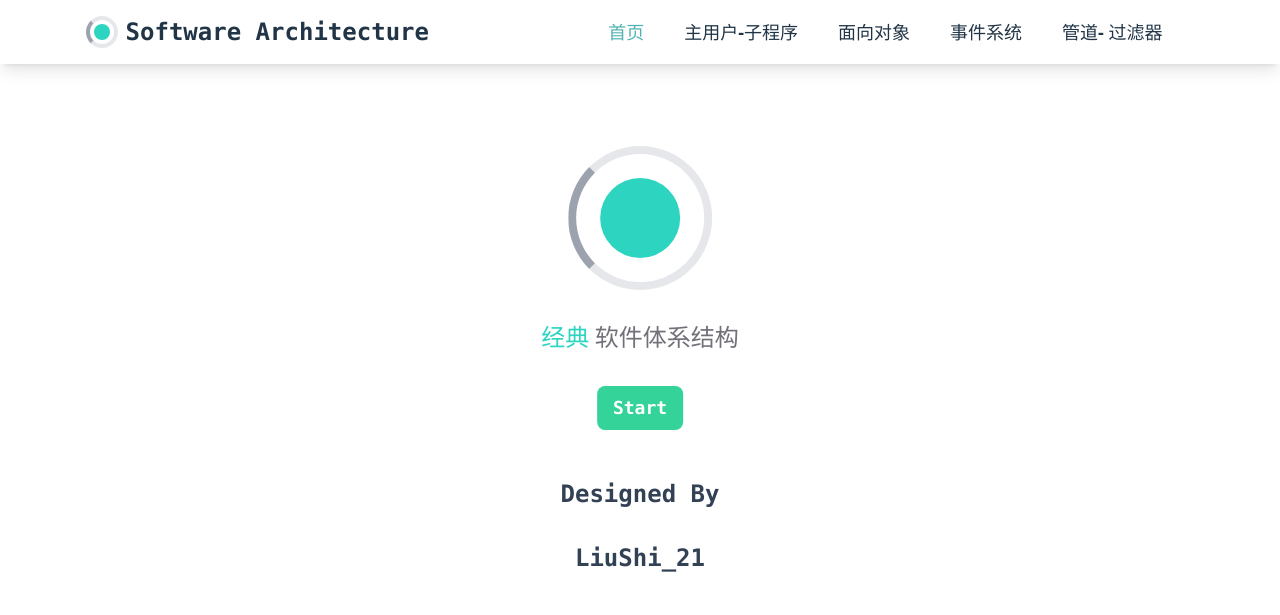
Repository: MarchRory/software_architecture_lab2
Page: / (app in lab2/)
An editor plug-in stored every save of this project. The page is shown before and after the next save, followed by the edit.
The browser window is 1280 px wide. The pictures show the whole page.
The project was rebuilt for these pictures with package versions that can differ from the ones it lists, and the page was loaded fresh each time. Also part of the build but not shown: lab2/vite.config.ts. Imported but missing from the stored project, and not drawn on this page: lab2/src/views/OOP/index.vue, lab2/src/views/PipFilter/index.vue, lab2/src/views/eventsSys/index.vue, lab2/src/views/mainChild/index.vue.

Above is the page before, as saved 2023-11-17 21:40:11.

### lab2/index.html
<!Doctype html>
<html lang="en">
  <head>
    <meta charset="UTF-8" />
    <link rel="icon" type="image/svg+xml" href="/vite.svg" />
    <meta name="viewport" content="width=device-width, initial-scale=1.0" />
    <title>经典软件体系结构</title>
  </head>
  <body>
    <div id="app"></div>
    <script type="module" src="/src/main.ts"></script>
  </body>
</html>

### lab2/src/main.ts
import { createApp } from 'vue'
import './style.css'
import './style/index.css'
import hljs from 'highlight.js/lib/core'
import 'highlight.js/styles/androidstudio.css'
import java from 'highlight.js/lib/languages/java'
import router from '@/router/index'
import pinia from '@/store/index'
import App from './App.vue'
import "tailwindcss/tailwind.css"
const vueApp = createApp(App)
hljs.registerLanguage('java', java)
// 高亮指令
vueApp.directive('highlight', (el) => {
    const blocks = el.querySelectorAll('pre code')
    blocks.forEach((block: any) => {
        hljs.highlightElement(block)
    })
})
vueApp.use(router).use(pinia).mount('#app')

### lab2/src/style.css
:root {
  font-family: Inter, system-ui, Avenir, Helvetica, Arial, sans-serif;
  line-height: 1.5;
  font-weight: 400;

  color-scheme: light dark;
  color: rgba(255, 255, 255, 0.87);
  background-color: #242424;

  font-synthesis: none;
  text-rendering: optimizeLegibility;
  -webkit-font-smoothing: antialiased;
  -moz-osx-font-smoothing: grayscale;
  -webkit-text-size-adjust: 100%;
}

a {
  font-weight: 500;
  color: #646cff;
  text-decoration: inherit;
}
a:hover {
  color: #535bf2;
}

body {
  margin: 0;
  display: flex;
  place-items: center;
  min-width: 320px;
  min-height: 100vh;
}

@media (prefers-color-scheme: light) {
  :root {
    color: #213547;
    background-color: #ffffff;
  }
  a:hover {
    color: #747bff;
  }
  button {
    background-color: #f9f9f9;
  }
}

### lab2/src/router/index.ts
import { createRouter, createWebHashHistory, RouteRecordRaw } from "vue-router";
export const routes: Array<RouteRecordRaw> = [
    {
        path: '/',
        name: 'hello',
        meta: {
            tabName: '主页'
        },
        component: () => import('@/layout/index.vue'),
        redirect: '/home',
        children: [
            {
                path: '/home',
                name: 'home',
                component: () => import('@/views/hello/index.vue'),
                meta: {
                    title: '首页'
                }
            }, {
                path: '/mainChild',
                name: 'mainChild',
                component: () => import('@/views/mainChild/index.vue'),
                meta: {
                    title: '主用户-子程序'
                }
            }, {
                path: '/OOP',
                name: "OOP",
                component: () => import('@/views/OOP/index.vue'),
                meta: {
                    title: '面向对象'
                }
            }, {
                path: '/eventSys',
                name: "eventSys",
                component: () => import("@/views/eventsSys/index.vue"),
                meta: {
                    title: '事件系统'
                }
            }, {
                path: '/pipFilter',
                name: "pipFilter",
                component: () => import('@/views/PipFilter/index.vue'),
                meta: {
                    title: "管道- 过滤器"
                }
            }
        ]
    },
]

const router = createRouter({
    history: createWebHashHistory(),
    routes
})

export default router

### lab2/src/store/index.ts
import { createPinia } from 'pinia';

const stores = createPinia();

export default stores;

### lab2/src/App.vue
<script setup lang="ts">
	import { defineAsyncComponent } from 'vue';
	import { useRouter } from 'vue-router';
	const router = useRouter();
</script>

<template>
	<div id="app">
		<router-view></router-view>
	</div>
</template>

<style>
	#app {
		width: 100vw;
		height: 100vh;
	}

	::-webkit-scrollbar {
		width: 8px;
	}

	::-webkit-scrollbar-thumb {
		background-color: rgb(69, 199, 202);
		border-radius: 15px;
	}

	::-moz-scrollbar {
		width: 8px;
	}

	::-moz-scrollbar-thumb {
		background-color: rgb(69, 199, 202);
	}
</style>

### lab2/src/layout/index.vue
<script setup lang="ts">
	import { defineAsyncComponent } from 'vue';
	const Navbar = defineAsyncComponent(() => import('./navbar.vue'));
	const APPMain = defineAsyncComponent(() => import('./Main.vue'));
</script>

<template>
	<div class="flex flex-col items-center w-full h-full">
		<Navbar />
		<APPMain class="flex-1" />
	</div>
</template>

### lab2/src/views/hello/index.vue
<script setup lang="ts">
	import { useRouter } from 'vue-router';
	const router = useRouter();
	function enter() {
		router.push({
			path: '/mainChild',
		});
	}
</script>

<template>
	<div
		style="position: absolute; left: 50%; top: 50%; transform: translate(-50%, -50%)"
		class="flex flex-col items-center justify-around h-fit"
	>
		<div
			class="flex items-center justify-center mb-8 border-8 rounded-full w-36 h-36 border-l-gray-400"
		>
			<div class="w-20 h-20 bg-teal-400 rounded-full"></div>
		</div>
		<div class="mb-8 space-x-2 text-2xl font-bold text-zinc-500">
			<span class="text-teal-400">经典</span>
			软件体系结构
		</div>
		<div
			@click="enter"
			class="flex items-center justify-center px-4 py-2 font-mono text-lg font-bold text-white rounded-lg hover:cursor-pointer bg-emerald-400"
		>
			Start
		</div>

		<div
			class="flex flex-col justify-center mt-12 font-mono text-2xl font-bold w-fit text-slate-700"
		>
			<div>Designed By</div>
			<br />
			<div style="margin: 0 auto">LiuShi_21</div>
		</div>
	</div>
</template>

<style scoped></style>

### lab2/src/layout/navbar.vue
<script setup lang="ts">
	import { useRouter, useRoute, RouteRecordRaw } from 'vue-router';
	import { routes } from '@/router';
	import { ref } from 'vue';
	const router = useRouter();
	const route = useRoute();
	const Navlist = ref();
	function initNav() {
		Navlist.value = routes[0].children?.map((route: RouteRecordRaw) => {
			return {
				path: route.path,
				title: route?.meta.title,
			};
		});
	}
	initNav();
	function switchTab(path: string) {
		router.push({
			path: path,
		});
	}
</script>

<template>
	<div class="flex items-center justify-around w-full h-16 shadow-lg">
		<ul class="flex items-center justify-start list-none">
			<li class="flex items-center justify-center w-8 h-8 border-4 rounded-full border-l-gray-400">
				<div class="w-4 h-4 bg-teal-400 rounded-full"></div>
			</li>
			<li class="font-mono text-2xl navFont">Software Architecture</li>
		</ul>
		<ul class="flex min-w-fit">
			<li
				@click="switchTab(navItem.path)"
				class="mr-8 font-sans text-lg transition-all navFont hover:cursor-pointer"
				:class="[route.path == navItem.path ? 'active' : '']"
				v-for="(navItem, index) in Navlist"
				:key="index"
			>
				{{ navItem.title }}
			</li>
		</ul>
	</div>
</template>

<style scoped>
	.navFont {
		@apply ml-2 font-bold;
	}
	.active {
		color: rgb(80, 178, 178);
	}
	/* 	.active::before {
		display: block;
		content: '';
		position: absolute;
		width: 12px;
		height: 12px;
		border-radius: 50%;
		background-color: rgb(80, 178, 178);
		transform: translate(100%, 50%);
	} */
</style>

### lab2/src/layout/Main.vue
<script setup lang="ts">
	import { nextTick, ref, watch } from 'vue';
	import { useScrollStore } from '@/store/modules/scroll/index';
	import { useScroll } from '@/hooks/useScroll';
	import router from '@/router';
	const scrollStore = useScrollStore();
	scrollStore.init();
	const main = ref<HTMLDivElement>();
	const { pageScroll } = useScroll();
	router.beforeEach((to, from, next) => {
		pageScroll.value = 0;
		if (main.value) {
			scrollStore.update(from.fullPath, main.value.scrollTop);
			next();
		}
	});
	router.afterEach((to, from) => {
		nextTick(() => {
			if (main.value) {
				main.value.scrollTop = scrollStore.useScroll(to.fullPath) as number;
			}
		});
	});
	watch(
		() => pageScroll.value,
		(newV) => {
			let scrollTopTo = newV;
			if (main.value)
				main.value.scrollTo({ top: scrollTopTo > 0 ? scrollTopTo : 0, behavior: 'smooth' });
		},
	);
</script>

<template>
	<div class="w-full h-auto px-56 pt-4 overflow-auto" ref="main">
		<router-view v-slot="{ Component }">
			<keep-alive>
				<component :is="Component" />
			</keep-alive>
		</router-view>
	</div>
</template>

### lab2/src/store/modules/scroll/index.ts
import { defineStore } from "pinia";
import { routes } from "@/router";
import { RouteRecordRaw } from "vue-router";
interface ScrollType {
    scrollMap: Map<string, number>
}
export const useScrollStore = defineStore('useScrollStore', {
    state: (): ScrollType => {
        return {
            scrollMap: new Map()
        }
    },
    actions: {
        init(): void {
            const paths = routes[0].children?.map((route: RouteRecordRaw) => {
                return {
                    path: route.path,
                };
            });
            paths?.forEach((item, index) => {
                this.scrollMap.set(item.path, 0)
            })
        },
        update(routePath: string, scrollTop: number): void {
            this.scrollMap.set(routePath, scrollTop)
        },
        useScroll(routePath: string): number | undefined {
            return this.scrollMap.get(routePath)
        }
    }
})

### lab2/src/hooks/useScroll.ts

import { ComponentInternalInstance, getCurrentInstance, ref } from 'vue'
const pageScroll = ref(0)
export const useScroll = () => {
    return {
        pageScroll
    }
}

Loaded but not shown: lab2/src/style/index.css (common file); lab2/tailwind.config.js (common file)

After the next save:
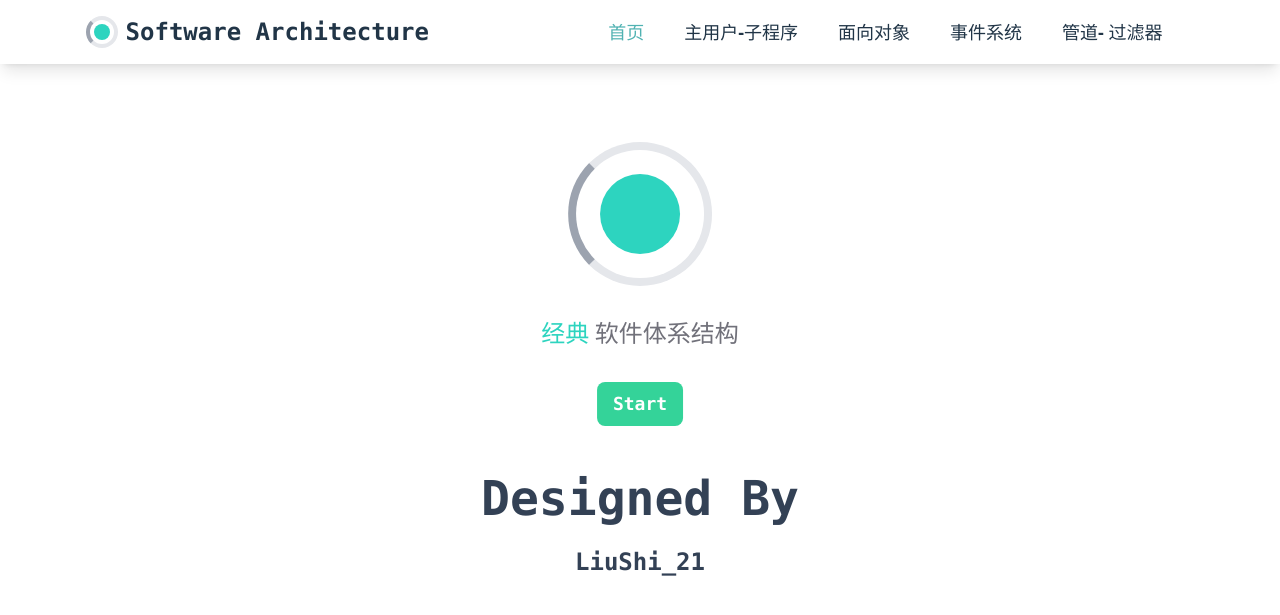
Saved 23 s later.
--- a/lab2/src/views/hello/index.vue
+++ b/lab2/src/views/hello/index.vue
@@ -29,12 +29,10 @@
 			Start
 		</div>
 
-		<div
-			class="flex flex-col justify-center mt-12 font-mono text-2xl font-bold w-fit text-slate-700"
-		>
-			<div>Designed By</div>
+		<div class="flex flex-col justify-center mt-12 font-mono font-bold w-fit text-slate-700">
+			<div class="text-5xl">Designed By</div>
 			<br />
-			<div style="margin: 0 auto">LiuShi_21</div>
+			<div style="margin: 0 auto" class="text-2xl">LiuShi_21</div>
 		</div>
 	</div>
 </template>
